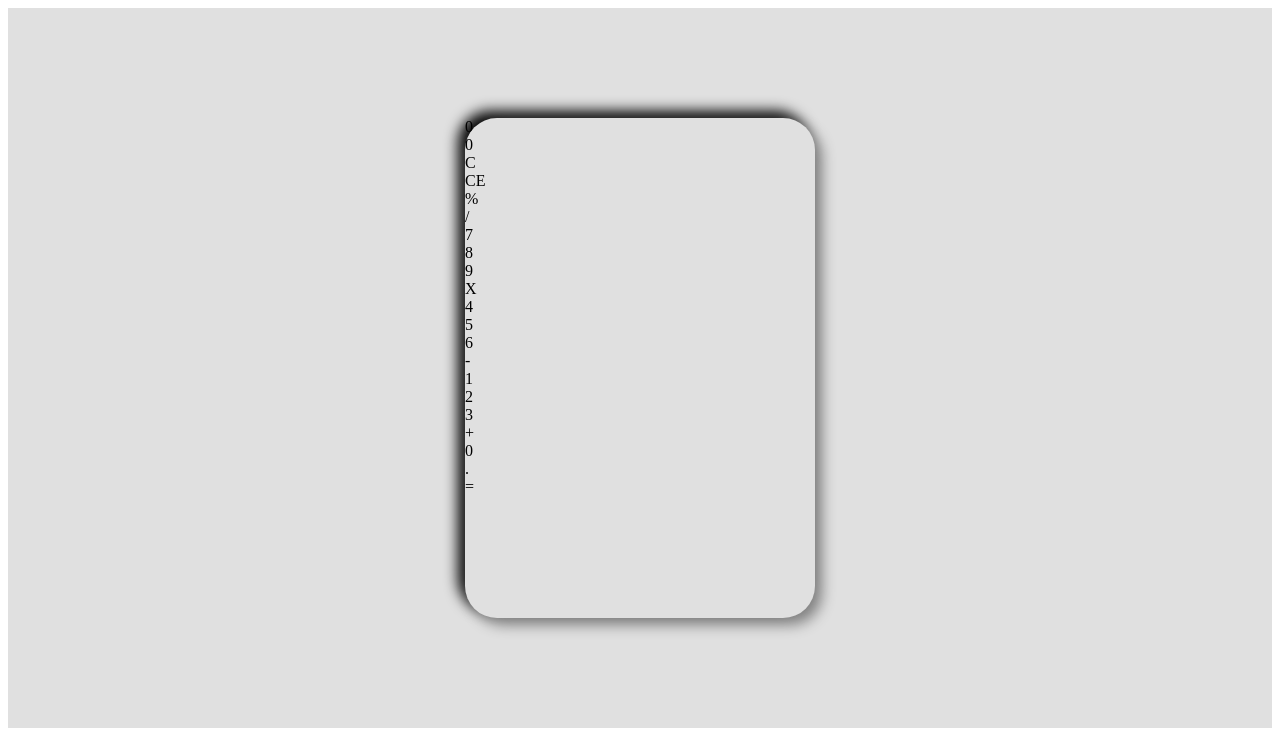
Repository: Goldmyn/Calculator
Page: index.html
An editor plug-in stored every save of this project. The page is shown before and after the next save, followed by the edit.
The browser window is 1280 px wide. The pictures show the whole page.

Above is the page before, as saved 2022-09-28 01:32:44.

### index.html
<!DOCTYPE html>
<html lang="en">
<head>
    <meta charset="UTF-8">
    <meta http-equiv="X-UA-Compatible" content="IE=edge">
    <meta name="viewport" content="width=device-width, initial-scale=1.0">
    <title>Document</title>
    <link rel="stylesheet" href="index.css">
</head>
<body>
    <header>

    </header>

    <section>
        <div class="container">
            <div class="calculator">
                <div class="display">
                    <div class="display-1">0</div>
                    <div class="border"> <div class="display-2">0</div> </div>
                </div>
                <div class="all_buttons">
                    <div class="button all_clear">C</div>
                    <div class="button last_entity_clear">CE</div>
                    <div class="button operation">%</div>
                    <div class="button operation">/</div>
                    <div class="button number">7</div>
                    <div class="button number">8</div>
                    <div class="button number">9</div>
                    <div class="button operation">X</div>
                    <div class="button number">4</div>
                    <div class="button number">5</div>
                    <div class="button number">6</div>
                    <div class="button operation">-</div>
                    <div class="button number">1</div>
                    <div class="button number">2</div>
                    <div class="button number">3</div>
                    <div class="button operation">+</div>
                    <div class="button btn-0 number">0</div>
                    <div class="button number dot">.</div>
                    <div class="button equal">=</div>
                </div>
            </div>
        </div>
    </section>
</body>
</html>

### index.css
html {
    font-family: 'Gill Sans', 'Gill Sans MT', Calibri, 'Trebuchet MS', sans-serif';
}

section {
    background-color: #e0e0e0;
    min-height: 100vh;
    width: 100%;
    display: flex;
    align-items: center;
    justify-content: center;
}

.container {
    background-color: #e0e0e0;
    width: 90%;
    height: 500px;
    max-width: 350px;
    border-radius: 32px;
    background: #e0e0e0;
    box-shadow: 7px 7px 14px #828282, -7px -7px 14px ;
}

After the next save:
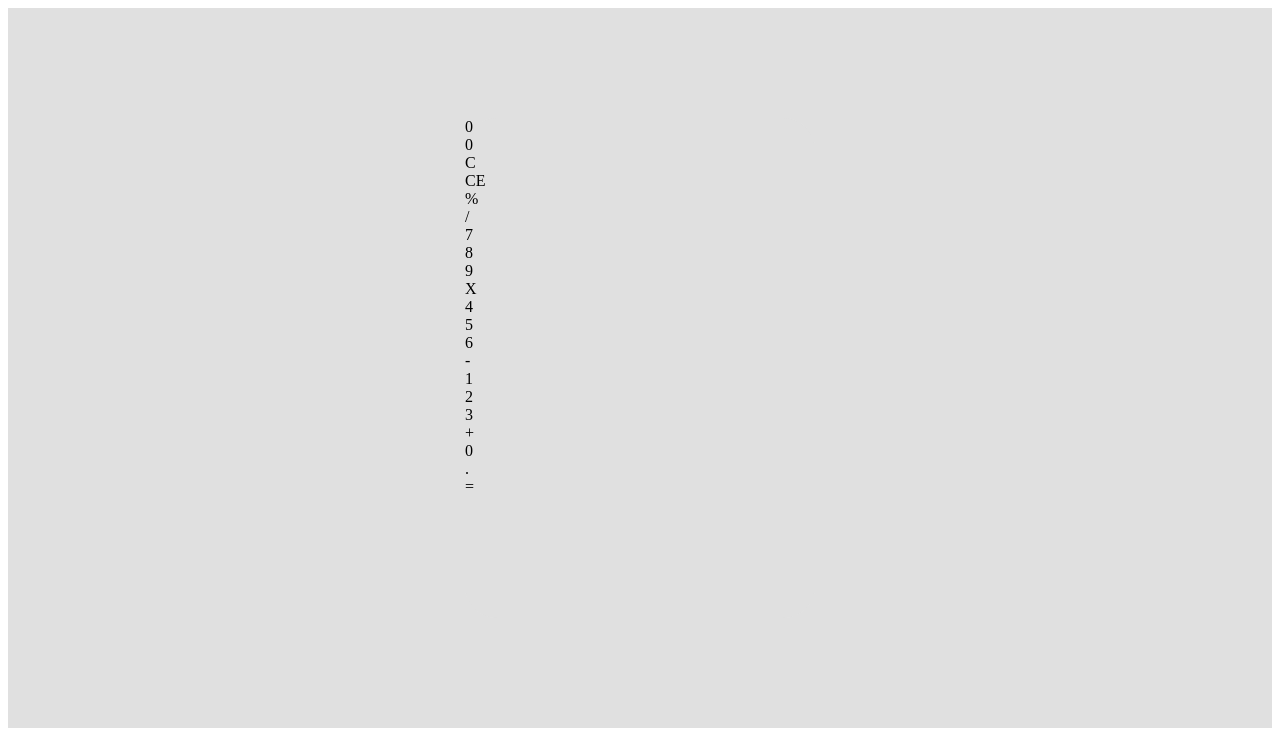
Saved 4 s later.
--- a/index.css
+++ b/index.css
@@ -18,5 +18,5 @@ section {
     max-width: 350px;
     border-radius: 32px;
     background: #e0e0e0;
-    box-shadow: 7px 7px 14px #828282, -7px -7px 14px ;
+    box-shadow: 7px 7px 14px #828282, -7px -7px 14px #;
 }
